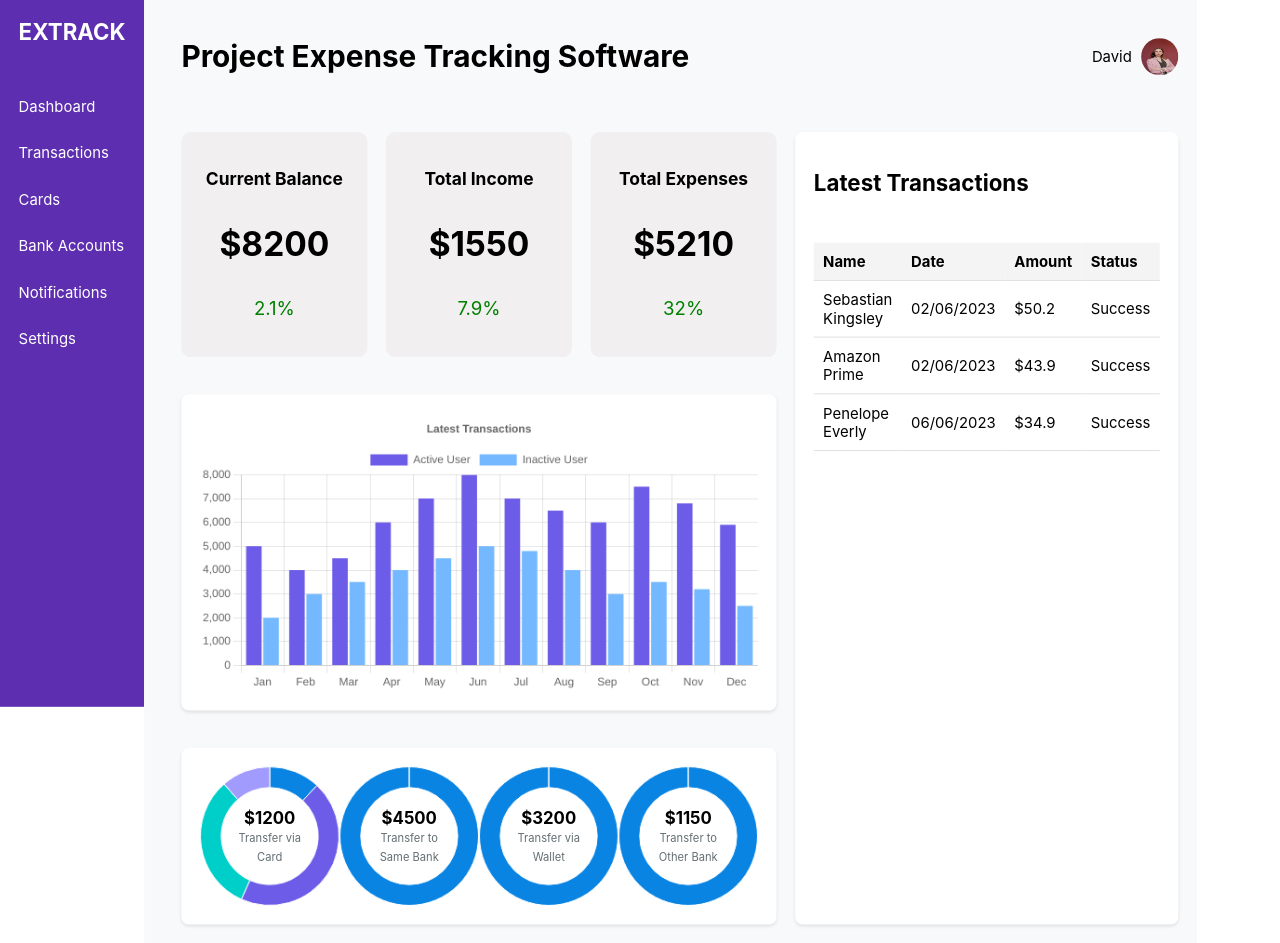
Repository: ChristhurasaRoshan/Expense-Tracker
Page: /
The author's editor kept a copy of each file at every save. The page is drawn from the files as they stood at one save, then again after the next save.
The browser window is 1280 px wide. The page is 1287 px wide, then 1376 px, so the pictures cover 1376 px, including what lies to the right of the window. The pictures show the whole page, at 93% of full size.
The project was rebuilt for these pictures with package versions that can differ from the ones it lists, and the page was loaded fresh each time.

Above is the page before, as saved 2024-08-21 22:20:10.

After the next save:
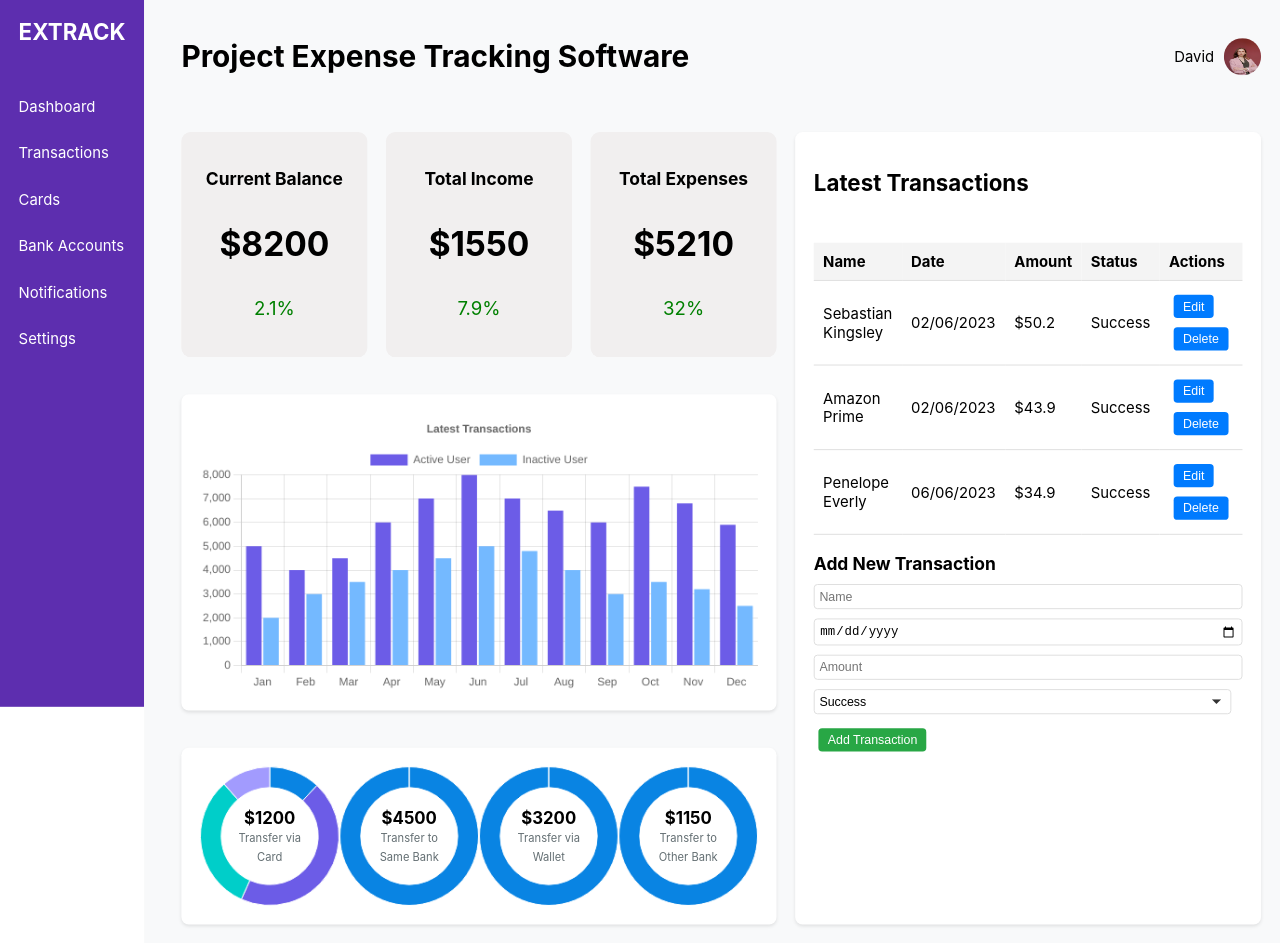
Saved 15 s later.
--- a/src/Components/TransactionList.jsx
+++ b/src/Components/TransactionList.jsx
@@ -1,13 +1,39 @@
-import React from 'react';
+import React, { useState } from 'react';
+import { useSelector, useDispatch } from 'react-redux';
+import { addTransaction, deleteTransaction, updateTransaction } from '../slices/transactionSlice';
 import '../Styles/TransactionList.css';
 
 const TransactionList = () => {
-  const transactions = [
-    { name: "Sebastian Kingsley", date: "02/06/2023", amount: "$50.2", status: "Success" },
-    { name: "Amazon Prime", date: "02/06/2023", amount: "$43.9", status: "Success" },
-    { name: "Penelope Everly", date: "06/06/2023", amount: "$34.9", status: "Success" },
-    // Add more transactions here...
-  ];
+  const transactions = useSelector((state) => state.transactions);
+  const dispatch = useDispatch();
+
+  const [newTransaction, setNewTransaction] = useState({ name: '', date: '', amount: '', status: 'Success' });
+  const [editTransaction, setEditTransaction] = useState(null);
+
+  const handleAddTransaction = () => {
+    if (newTransaction.name && newTransaction.date && newTransaction.amount) {
+      dispatch(addTransaction(newTransaction));
+      setNewTransaction({ name: '', date: '', amount: '', status: 'Success' });
+    }
+  };
+
+  const handleUpdateTransaction = (id) => {
+    if (editTransaction) {
+      dispatch(updateTransaction({ id, ...editTransaction }));
+      setEditTransaction(null);
+    }
+  };
+
+  const handleEditClick = (transaction) => {
+    setEditTransaction(transaction);
+  };
+
+  const handleDelete = (id) => {
+    const isConfirmed = window.confirm("Are you sure you want to delete this transaction?");
+    if (isConfirmed) {
+      dispatch(deleteTransaction(id));
+    }
+  };
 
   return (
     <div className="transaction-list">
@@ -18,19 +44,100 @@ const TransactionList = () => {
             <th>Date</th>
             <th>Amount</th>
             <th>Status</th>
+            <th>Actions</th>
           </tr>
         </thead>
         <tbody>
-          {transactions.map((transaction, index) => (
-            <tr key={index}>
-              <td>{transaction.name}</td>
-              <td>{transaction.date}</td>
-              <td>{transaction.amount}</td>
-              <td>{transaction.status}</td>
+          {transactions.map((transaction) => (
+            <tr key={transaction.id}>
+              <td>
+                {editTransaction && editTransaction.id === transaction.id ? (
+                  <input
+                    type="text"
+                    value={editTransaction.name}
+                    onChange={(e) => setEditTransaction({ ...editTransaction, name: e.target.value })}
+                  />
+                ) : (
+                  transaction.name
+                )}
+              </td>
+              <td>
+                {editTransaction && editTransaction.id === transaction.id ? (
+                  <input
+                    type="date"
+                    value={editTransaction.date}
+                    onChange={(e) => setEditTransaction({ ...editTransaction, date: e.target.value })}
+                  />
+                ) : (
+                  transaction.date
+                )}
+              </td>
+              <td>
+                {editTransaction && editTransaction.id === transaction.id ? (
+                  <input
+                    type="text"
+                    value={editTransaction.amount}
+                    onChange={(e) => setEditTransaction({ ...editTransaction, amount: e.target.value })}
+                  />
+                ) : (
+                  transaction.amount
+                )}
+              </td>
+              <td>
+                {editTransaction && editTransaction.id === transaction.id ? (
+                  <select
+                    value={editTransaction.status}
+                    onChange={(e) => setEditTransaction({ ...editTransaction, status: e.target.value })}
+                  >
+                    <option value="Success">Success</option>
+                    <option value="Fail">Fail</option>
+                  </select>
+                ) : (
+                  transaction.status
+                )}
+              </td>
+              <td>
+                {editTransaction && editTransaction.id === transaction.id ? (
+                  <button onClick={() => handleUpdateTransaction(transaction.id)}>Save</button>
+                ) : (
+                  <button onClick={() => handleEditClick(transaction)}>Edit</button>
+                )}
+                <button onClick={() => handleDelete(transaction.id)}>Delete</button>
+              </td>
             </tr>
           ))}
         </tbody>
       </table>
+
+      <div className="add-transaction">
+        <h3>Add New Transaction</h3>
+        <input
+          type="text"
+          placeholder="Name"
+          value={newTransaction.name}
+          onChange={(e) => setNewTransaction({ ...newTransaction, name: e.target.value })}
+        />
+        <input
+          type="date"
+          placeholder="Date"
+          value={newTransaction.date}
+          onChange={(e) => setNewTransaction({ ...newTransaction, date: e.target.value })}
+        />
+        <input
+          type="text"
+          placeholder="Amount"
+          value={newTransaction.amount}
+          onChange={(e) => setNewTransaction({ ...newTransaction, amount: e.target.value })}
+        />
+        <select
+          value={newTransaction.status}
+          onChange={(e) => setNewTransaction({ ...newTransaction, status: e.target.value })}
+        >
+          <option value="Success">Success</option>
+          <option value="Fail">Fail</option>
+        </select>
+        <button onClick={handleAddTransaction}>Add Transaction</button>
+      </div>
     </div>
   );
 };
